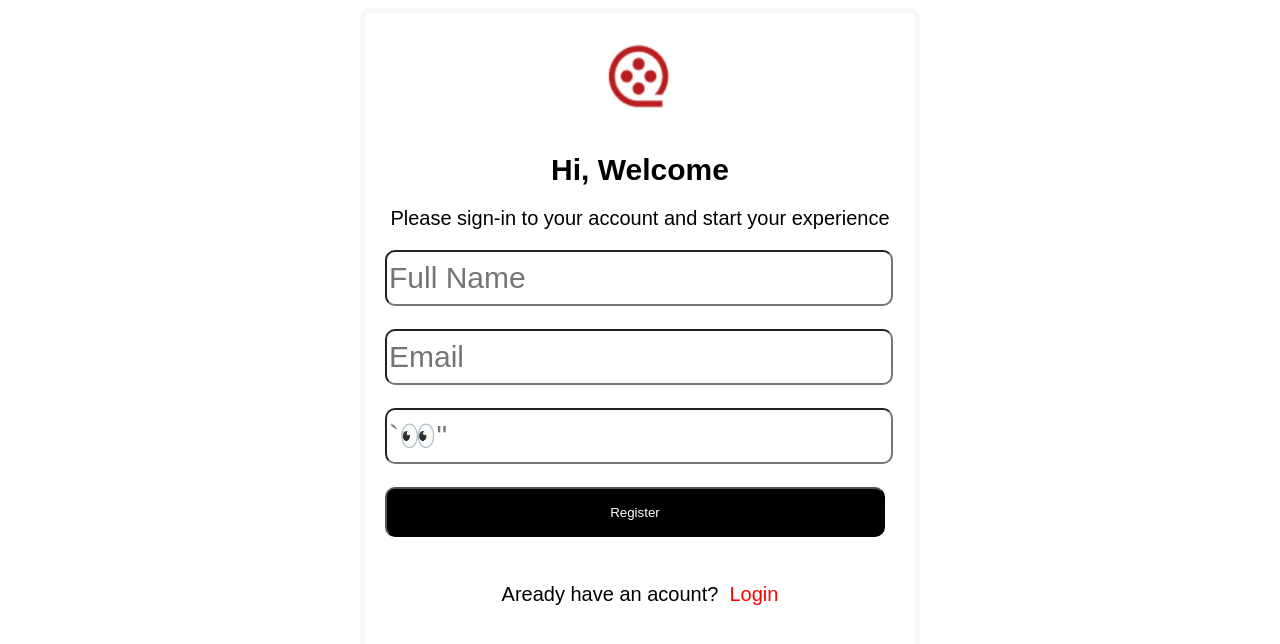
Repository: KingBoyMaylow/movie-task
Page: index.html
These files come from the project's save history. The page is drawn as it stood at one moment and after the next save; the edit follows.
The browser window is 1280 px wide. The pictures show the whole page.

Above is the page before, as saved 2024-05-20 19:20:22.

After the next save:
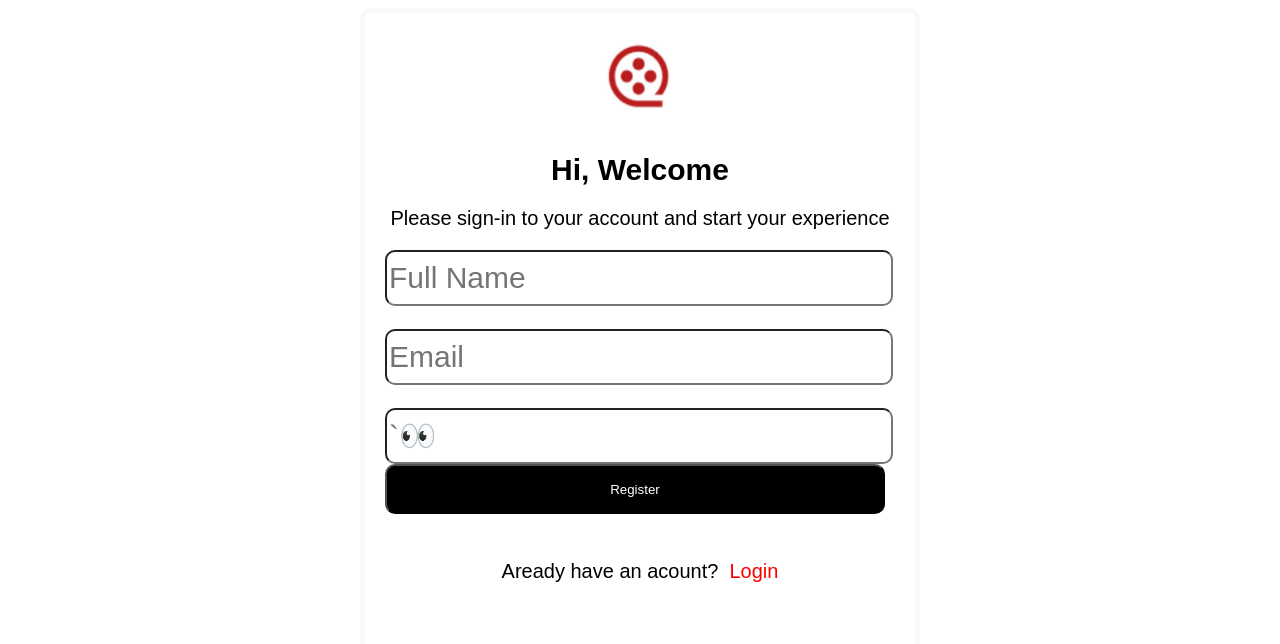
Saved 13 s later.
--- a/index.html
+++ b/index.html
@@ -24,7 +24,7 @@
 
     <br><label form="<div class="form-group">
       <label for=""></label>
-      <input type="password" class="form-control" name="" id="" placeholder=`&#128064">
+      <input type="password" class="form-control" name="" id="" placeholder=`&#128064
     <br>
 
     <br><input type="submit" value="Register" class="register-btn">
